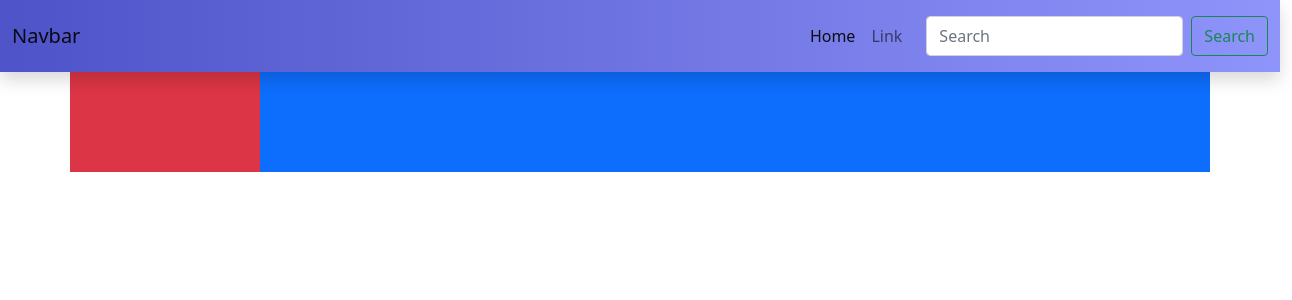
Repository: ttranhhoang/layoutBS
Page: index.html
The author's editor kept a copy of each file at every save. The page is drawn from the files as they stood at one save, then again after the next save.
The browser window is 1280 px wide. The page is 1280 px wide, then 1292 px, then 1280 px, so the pictures cover 1292 px, including what lies to the right of the window. The pictures show the whole page.

Above is the page before, as saved 2022-04-23 17:15:32.

After the next save:
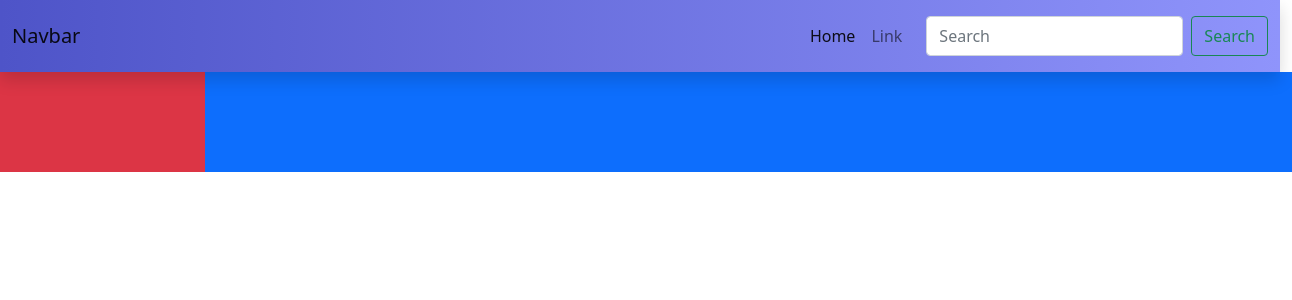
Saved 81 s later.
--- a/index.html
+++ b/index.html
@@ -75,7 +75,7 @@
       </nav>
     </header>
 
-    <div class="container">
+    <div class="">
       <div class="row">
         <div class="col-2 bg-danger"></div>
         <div class="col-10 bg-primary"></div>

After the 3 saves that followed:
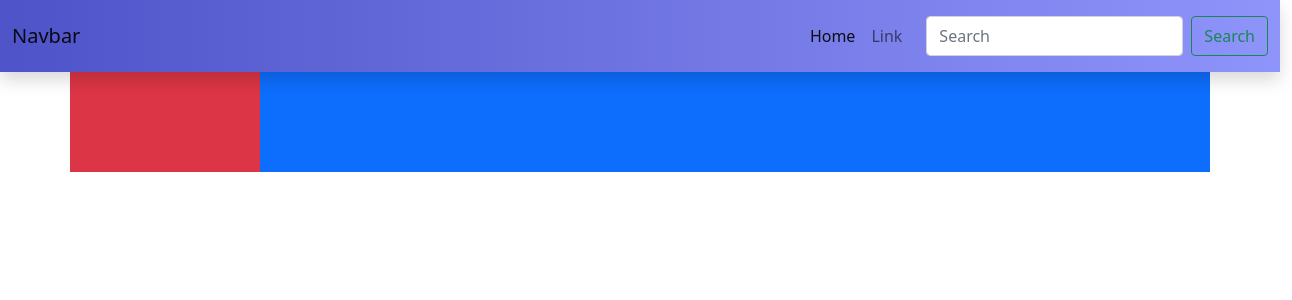
The 3 saves are shown as one change because 2 left the picture as it was.
The last was saved 29 s later.
--- a/index.html
+++ b/index.html
@@ -75,7 +75,7 @@
       </nav>
     </header>
 
-    <div class="">
+    <div class="container">
       <div class="row">
         <div class="col-2 bg-danger"></div>
         <div class="col-10 bg-primary"></div>
